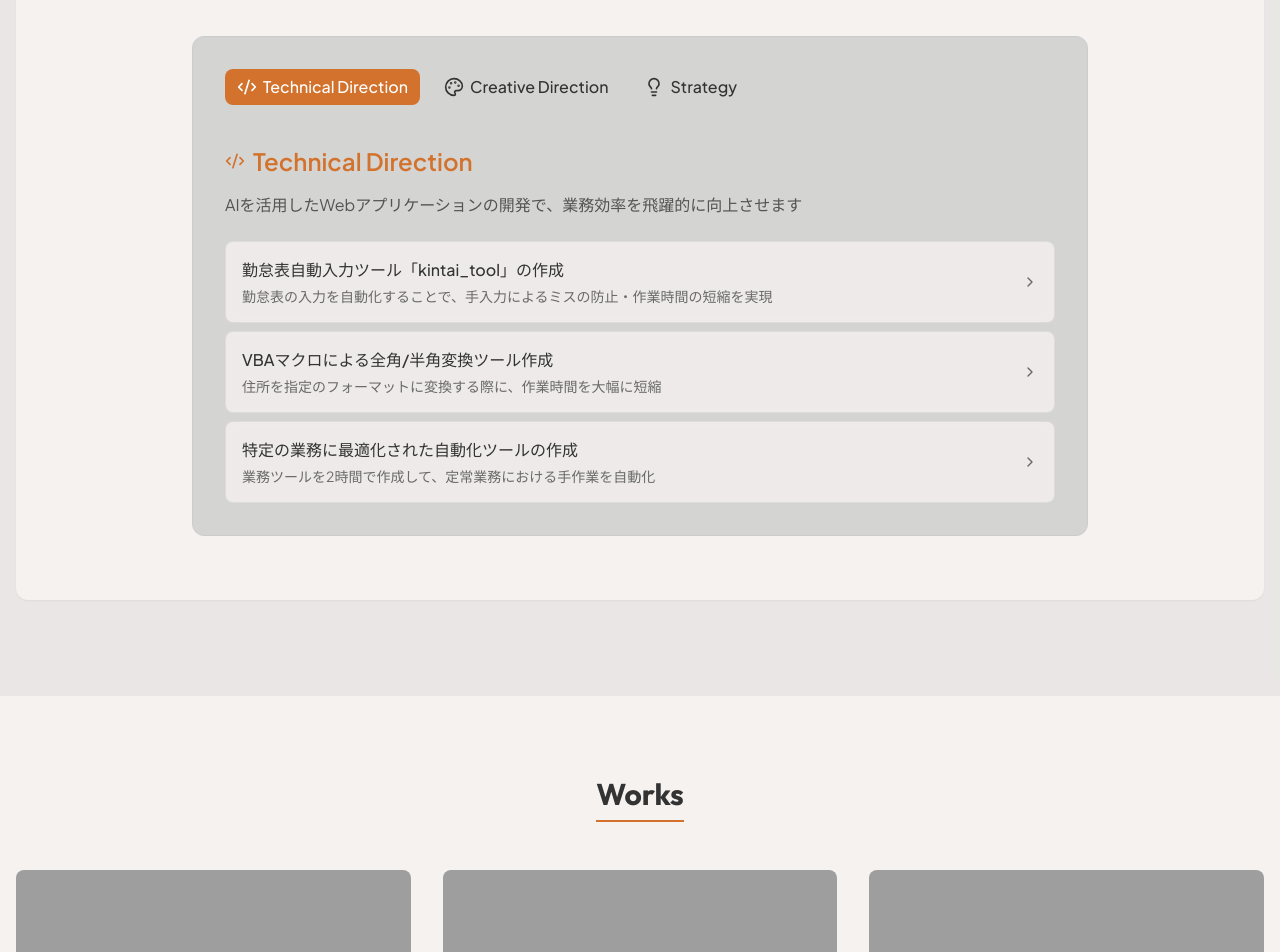
Repository: Tomo0108/portfolio_dot_tomo
Page: /
An editor plug-in stored every save of this project. The page is shown before and after the next save, followed by the edit.
The browser window is 1280 px wide. The pictures show the part of the page from y = 1354 to 2306 px (the page is 3996 px tall).
Pictures or frames that could not be fetched are drawn as grey boxes. The page's requests for data from a server got no answer. The project was rebuilt for these pictures with package versions that can differ from the ones it lists, and the page was loaded fresh each time. The framework's server and built-in components were replaced by stand-ins that run in the browser. No one was signed in, and anything a server would have sent is missing. Also part of the build but not shown: next.config.js, components/loading-spinner.tsx.

Above is the page before, as saved 2025-03-23 16:46:57.

### app/layout.tsx
import './globals.css';
import type { Metadata } from 'next';
import { Outfit, Plus_Jakarta_Sans } from 'next/font/google';
import { ThemeProvider } from '@/components/theme-provider';
import { Toaster } from '@/components/ui/sonner';
import { Navigation } from '@/components/navigation';
import { Footer } from '@/components/footer';
import { cn } from '@/lib/utils';

const outfit = Outfit({
  subsets: ['latin'],
  variable: '--font-outfit',
});

const plusJakartaSans = Plus_Jakarta_Sans({
  subsets: ['latin'],
  variable: '--font-plus-jakarta-sans',
});

export const metadata: Metadata = {
  title: 'Portfolio | Tomo',
  description: 'Welcome to my portfolio website.',
};

export default function RootLayout({
  children,
}: {
  children: React.ReactNode;
}) {
  return (
    <html lang="en" suppressHydrationWarning>
      <body className={cn(
        outfit.variable,
        plusJakartaSans.variable,
        'min-h-screen bg-background font-sans antialiased'
      )}>
        <ThemeProvider
          attribute="class"
          defaultTheme="system"
          enableSystem
          disableTransitionOnChange
        >
          <Navigation />
          {children}
          <Footer />
          <Toaster />
        </ThemeProvider>
      </body>
    </html>
  );
}

### app/page.tsx
import { Suspense } from 'react';
import { Hero } from '@/components/sections/hero';
import { About } from '@/components/sections/about';
import { Works } from '@/components/sections/works';
import { ZennArticlesLoader } from '@/components/sections/zenn-articles-loader';
import { Gallery } from '@/components/sections/gallery';
import { Contact } from '@/components/sections/contact';
import { LoadingSpinner } from '@/components/loading-spinner';

export default function Home() {
  return (
    <div className="w-full">
      <Hero />
      <About />
      <Suspense fallback={<LoadingSpinner />}>
        <Works />
      </Suspense>
      <Suspense fallback={<LoadingSpinner />}>
        <ZennArticlesLoader />
      </Suspense>
      <Suspense fallback={<LoadingSpinner />}>
        <Gallery />
      </Suspense>
      <Contact />
    </div>
  );
}

### components/ui/sonner.tsx
'use client';

import { useTheme } from 'next-themes';
import { Toaster as Sonner } from 'sonner';

type ToasterProps = React.ComponentProps<typeof Sonner>;

const Toaster = ({ ...props }: ToasterProps) => {
  const { theme = 'system' } = useTheme();

  return (
    <Sonner
      theme={theme as ToasterProps['theme']}
      className="toaster group"
      toastOptions={{
        classNames: {
          toast:
            'group toast group-[.toaster]:bg-background group-[.toaster]:text-foreground group-[.toaster]:border-border group-[.toaster]:shadow-lg',
          description: 'group-[.toast]:text-muted-foreground',
          actionButton:
            'group-[.toast]:bg-primary group-[.toast]:text-primary-foreground',
          cancelButton:
            'group-[.toast]:bg-muted group-[.toast]:text-muted-foreground',
        },
      }}
      {...props}
    />
  );
};

export { Toaster };

### components/sections/hero.tsx
"use client";

import { motion } from 'framer-motion';
import { RotatingNav } from '../rotating-nav';

export function Hero() {
  return (
    <section className="section-hero min-h-screen flex items-center justify-center relative bg-background/80 overflow-hidden">
      <div className="relative w-[90vh] h-[90vh] max-w-[90vw] max-h-[90vw] mx-auto backdrop-blur-sm">
        <div className="absolute inset-0 flex items-center justify-center">
          <motion.div
            className="text-center space-y-8 hero-text transition-opacity duration-300 [.nav-paused_&]:opacity-50 relative z-20"
            initial={{ opacity: 0, scale: 0.9 }}
            animate={{ opacity: 1, scale: 1 }}
            transition={{ duration: 0.5 }}
          >
            <h1 className="heading-hero text-5xl md:text-6xl lg:text-7xl font-bold leading-tight">
              <span className="text-primary">Portfolio.ToMo</span>
            </h1>
          </motion.div>
        </div>
        <RotatingNav />
      </div>
    </section>
  );
}

### components/sections/works.tsx
"use client";

import { motion } from 'framer-motion';
import Image from 'next/image';
import { ExternalLink } from 'lucide-react';

const works = [
  {
    title: "ECサイトのリデザイン",
    description: "大手ECプラットフォームの全面的なリデザインを主導し、コンバージョン率を40%改善",
    image: "https://images.unsplash.com/photo-1661956602116-aa6865609028?w=800&q=80",
    link: "#"
  },
  {
    title: "コーポレートサイト開発",
    description: "ユーザー体験を重視したレスポンシブ対応のコーポレートサイトの開発を指揮",
    image: "https://images.unsplash.com/photo-1460925895917-afdab827c52f?w=800&q=80",
    link: "#"
  },
  {
    title: "モバイルアプリのUI/UXデザイン",
    description: "人気モバイルアプリケーションのユーザーインターフェースとエクスペリエンスデザインを担当",
    image: "https://images.unsplash.com/photo-1512941937669-90a1b58e7e9c?w=800&q=80",
    link: "#"
  }
];

export function Works() {
  return (
    <section id="works" className="section-works py-20">
      <div className="container mx-auto px-4">
        <motion.div
          initial={{ opacity: 0, y: 20 }}
          whileInView={{ opacity: 1, y: 0 }}
          viewport={{ once: true }}
          transition={{ duration: 0.8 }}
        >
          <h2 className="text-3xl font-bold font-heading text-center mb-12">
            <span className="inline-block border-b-2 border-primary pb-2">Works</span>
          </h2>
          <div className="grid md:grid-cols-2 lg:grid-cols-3 gap-8">
            {works.map((work, index) => (
              <motion.div
                key={work.title}
                className="group relative overflow-hidden rounded-lg"
                initial={{ opacity: 0, y: 20 }}
                whileInView={{ opacity: 1, y: 0 }}
                viewport={{ once: true }}
                transition={{ duration: 0.8, delay: index * 0.2 }}
              >
                <div className="relative aspect-video">
                  <Image
                    src={work.image}
                    alt={work.title}
                    fill
                    className="object-cover transition-transform group-hover:scale-105"
                  />
                </div>
                <div className="absolute inset-0 bg-black/60 opacity-0 group-hover:opacity-100 transition-opacity p-6 flex flex-col justify-end">
                  <h3 className="text-white text-xl font-semibold mb-2">{work.title}</h3>
                  <p className="text-white/80 text-sm mb-4">{work.description}</p>
                  <a
                    href={work.link}
                    className="inline-flex items-center text-white hover:text-white/80"
                    target="_blank"
                    rel="noopener noreferrer"
                  >
                    View Project <ExternalLink className="ml-2 h-4 w-4" />
                  </a>
                </div>
              </motion.div>
            ))}
          </div>
        </motion.div>
      </div>
    </section>
  );
}

### components/sections/zenn-articles-loader.tsx
import { fetchZennArticles } from '@/lib/zenn';
import { ZennArticles } from './zenn-articles';

export async function ZennArticlesLoader() {
  try {
    const articles = await fetchZennArticles('tomo0108');
    return <ZennArticles articles={articles} />;
  } catch (error) {
    console.error('Failed to load Zenn articles:', error);
    return <ZennArticles articles={[]} />;
  }
}

### components/sections/contact.tsx
"use client";

import { motion } from 'framer-motion';
import { Mail, MessageSquare, Send } from 'lucide-react';
import { Button } from '@/components/ui/button';
import { Input } from '@/components/ui/input';
import { Textarea } from '@/components/ui/textarea';
import { toast } from 'sonner';

export function Contact() {
  const handleSubmit = (e: React.FormEvent) => {
    e.preventDefault();
    toast.success('メッセージを送信しました！');
  };

  return (
    <section id="contact" className="py-20 bg-muted/50">
      <div className="container mx-auto px-4">
        <motion.div
          initial={{ opacity: 0, y: 20 }}
          whileInView={{ opacity: 1, y: 0 }}
          viewport={{ once: true }}
          transition={{ duration: 0.8 }}
          className="max-w-2xl mx-auto"
        >
          <h2 className="text-3xl font-bold text-center mb-12">Contact</h2>
          <form onSubmit={handleSubmit} className="space-y-6">
            <div>
              <label htmlFor="email" className="block text-sm font-medium mb-2">
                メールアドレス
              </label>
              <div className="relative">
                <Mail className="absolute left-3 top-3 h-5 w-5 text-muted-foreground" />
                <Input
                  id="email"
                  type="email"
                  placeholder="your@email.com"
                  className="pl-10"
                  required
                />
              </div>
            </div>
            <div>
              <label htmlFor="message" className="block text-sm font-medium mb-2">
                メッセージ
              </label>
              <div className="relative">
                <MessageSquare className="absolute left-3 top-3 h-5 w-5 text-muted-foreground" />
                <Textarea
                  id="message"
                  placeholder="メッセージを入力してください..."
                  className="pl-10 min-h-[150px]"
                  required
                />
              </div>
            </div>
            <Button type="submit" className="w-full">
              メッセージを送信
              <Send className="ml-2 h-4 w-4" />
            </Button>
          </form>
        </motion.div>
      </div>
    </section>
  );
}

### components/mode-toggle.tsx
"use client";

import * as React from "react";
import { Moon, Sun } from "lucide-react";
import { useTheme } from "next-themes";
import { Button } from "@/components/ui/button";

export function ModeToggle() {
  const { setTheme, theme } = useTheme();

  return (
    <Button
      variant="ghost"
      size="icon"
      onClick={() => setTheme(theme === "light" ? "dark" : "light")}
    >
      <Sun className="h-[1.2rem] w-[1.2rem] rotate-0 scale-100 transition-all dark:-rotate-90 dark:scale-0" />
      <Moon className="absolute h-[1.2rem] w-[1.2rem] rotate-90 scale-0 transition-all dark:rotate-0 dark:scale-100" />
      <span className="sr-only">Toggle theme</span>
    </Button>
  );
}

### lib/zenn.ts
interface ZennArticle {
  id: number;
  title: string;
  slug: string;
  published_at: string;
  liked_count: number;
  article_type: string;
  emoji: string;
  path: string;
}

interface ZennResponse {
  articles: ZennArticle[];
}

export async function fetchZennArticles(username: string) {
  const response = await fetch(`https://zenn.dev/api/articles?username=${username}`, {
    headers: {
      'Content-Type': 'application/json',
    },
    next: { revalidate: 3600 }, // 1時間ごとに再検証
  });

  if (!response.ok) {
    throw new Error('Failed to fetch Zenn articles');
  }

  const data: ZennResponse = await response.json();
  return data.articles.map(article => ({
    id: article.id,
    title: article.title,
    url: `https://zenn.dev${article.path}`,
    date: new Date(article.published_at).toISOString(),
    likes: article.liked_count,
    emoji: article.emoji,
  }));
}

### data/gallery.ts
export interface GalleryItem {
  id: string;
  title: string;
  description: string;
  image: string;
  details: {
    fullDescription: string;
    technologies: string[];
    images: {
      line: string;
      color: string;
      complete: string;
    };
  };
}

export const galleryItems: { [key: string]: GalleryItem } = {
  "1": {
    id: "1",
    title: "Nahida",
    description: "原神のキャラクター、ナヒーダのイラスト作品",
    image: "/gallery/genshin_nahida1.JPG",
    details: {
      fullDescription: "草神ナヒーダの優しさと知性を表現したイラスト作品です。",
      technologies: ["Procreate", "Digital Painting"],
      images: {
        line: "/gallery/genshin_nahida1_line.JPG",
        color: "/gallery/genshin_nahida1_color.JPG",
        complete: "/gallery/genshin_nahida1.JPG"
      }
    }
  },
  "2": {
    id: "2",
    title: "Nahida II",
    description: "原神のキャラクター、ナヒーダの第二イラスト作品",
    image: "/gallery/genshin_nahida2.JPG",
    details: {
      fullDescription: "草神ナヒーダの別の表情を描いた作品です。",
      technologies: ["Procreate", "Digital Painting"],
      images: {
        line: "/gallery/genshin_nahida2_line.JPG",
        color: "/gallery/genshin_nahida2_color.JPG",
        complete: "/gallery/genshin_nahida2.JPG"
      }
    }
  },
  "3": {
    id: "3",
    title: "Killua",
    description: "HUNTER×HUNTERのキャラクター、キルアのイラスト作品",
    image: "/gallery/hunterxhunter_kirua.JPG",
    details: {
      fullDescription: "キルアの少年らしい表情と強さを表現した作品です。",
      technologies: ["Procreate", "Digital Painting"],
      images: {
        line: "/gallery/hunterxhunter_kirua_line.JPG",
        color: "/gallery/hunterxhunter_kirua_color.JPG",
        complete: "/gallery/hunterxhunter_kirua.JPG"
      }
    }
  },
  "4": {
    id: "4",
    title: "Pokemon New Year [Dragon]",
    description: "ポケモンたちとのお正月をテーマにしたイラスト作品",
    image: "/gallery/pokemon_newyear.JPG",
    details: {
      fullDescription: "ポケモンたちと日本の伝統的なお正月を楽しむ様子を描いた作品です。",
      technologies: ["Procreate", "Digital Painting"],
      images: {
        line: "/gallery/pokemon_newyear_line.JPG",
        color: "/gallery/pokemon_newyear_color.JPG",
        complete: "/gallery/pokemon_newyear.JPG"
      }
    }
  },
  "5": {
    id: "5",
    title: "Pokemon Christmas",
    description: "ポケモンたちとのクリスマスをテーマにしたイラスト作品",
    image: "/gallery/pokemon-christmas.JPG",
    details: {
      fullDescription: "ポケモンたちとクリスマスを楽しむ様子を描いた作品です。",
      technologies: ["Procreate", "Digital Painting"],
      images: {
        line: "/gallery/pokemon-christmas_color_line.JPG",
        color: "/gallery/pokemon-christmas_color.JPG",
        complete: "/gallery/pokemon-christmas.JPG"
      }
    }
  }
};

### components/ui/button.tsx
import * as React from 'react';
import { Slot } from '@radix-ui/react-slot';
import { cva, type VariantProps } from 'class-variance-authority';

import { cn } from '@/lib/utils';

const buttonVariants = cva(
  'inline-flex items-center justify-center whitespace-nowrap rounded-md text-sm font-medium ring-offset-background transition-colors focus-visible:outline-none focus-visible:ring-2 focus-visible:ring-ring focus-visible:ring-offset-2 disabled:pointer-events-none disabled:opacity-50',
  {
    variants: {
      variant: {
        default: 'bg-primary text-primary-foreground hover:bg-primary/90',
        destructive:
          'bg-destructive text-destructive-foreground hover:bg-destructive/90',
        outline:
          'border border-input bg-background hover:bg-accent hover:text-accent-foreground',
        secondary:
          'bg-secondary text-secondary-foreground hover:bg-secondary/80',
        ghost: 'hover:bg-accent hover:text-accent-foreground',
        link: 'text-primary underline-offset-4 hover:underline',
      },
      size: {
        default: 'h-10 px-4 py-2',
        sm: 'h-9 rounded-md px-3',
        lg: 'h-11 rounded-md px-8',
        icon: 'h-10 w-10',
      },
    },
    defaultVariants: {
      variant: 'default',
      size: 'default',
    },
  }
);

export interface ButtonProps
  extends React.ButtonHTMLAttributes<HTMLButtonElement>,
    VariantProps<typeof buttonVariants> {
  asChild?: boolean;
}

const Button = React.forwardRef<HTMLButtonElement, ButtonProps>(
  ({ className, variant, size, asChild = false, ...props }, ref) => {
    const Comp = asChild ? Slot : 'button';
    return (
      <Comp
        className={cn(buttonVariants({ variant, size, className }))}
        ref={ref}
        {...props}
      />
    );
  }
);
Button.displayName = 'Button';

export { Button, buttonVariants };

### components/ui/input.tsx
import * as React from 'react';

import { cn } from '@/lib/utils';

export interface InputProps
  extends React.InputHTMLAttributes<HTMLInputElement> {}

const Input = React.forwardRef<HTMLInputElement, InputProps>(
  ({ className, type, ...props }, ref) => {
    return (
      <input
        type={type}
        className={cn(
          'flex h-10 w-full rounded-md border border-input bg-background px-3 py-2 text-sm ring-offset-background file:border-0 file:bg-transparent file:text-sm file:font-medium file:text-foreground placeholder:text-muted-foreground focus-visible:outline-none focus-visible:ring-2 focus-visible:ring-ring focus-visible:ring-offset-2 disabled:cursor-not-allowed disabled:opacity-50',
          className
        )}
        ref={ref}
        {...props}
      />
    );
  }
);
Input.displayName = 'Input';

export { Input };

### components/ui/textarea.tsx
import * as React from 'react';

import { cn } from '@/lib/utils';

export interface TextareaProps
  extends React.TextareaHTMLAttributes<HTMLTextAreaElement> {}

const Textarea = React.forwardRef<HTMLTextAreaElement, TextareaProps>(
  ({ className, ...props }, ref) => {
    return (
      <textarea
        className={cn(
          'flex min-h-[80px] w-full rounded-md border border-input bg-background px-3 py-2 text-sm ring-offset-background placeholder:text-muted-foreground focus-visible:outline-none focus-visible:ring-2 focus-visible:ring-ring focus-visible:ring-offset-2 disabled:cursor-not-allowed disabled:opacity-50',
          className
        )}
        ref={ref}
        {...props}
      />
    );
  }
);
Textarea.displayName = 'Textarea';

export { Textarea };

### data/skills.ts
import { Code2, Palette, Lightbulb } from 'lucide-react';
import type { LucideIcon } from 'lucide-react';

export interface Example {
  id: string;
  title: string;
  description: string;
  longDescription: string;
}

export interface Skill {
  Icon: LucideIcon;
  title: string;
  description: string;
  examples: Example[];
}

export const skills: Skill[] = [
  {
    Icon: Code2,
    title: "Technical Direction",
    description: "AIを活用したWebアプリケーションの開発で、業務効率を飛躍的に向上させます",
    examples: [
      {
        id: "tech-1",
        title: "勤怠表自動入力ツール「kintai_tool」の作成",
        description: "勤怠表の入力を自動化することで、手入力によるミスの防止・作業時間の短縮を実現",
        longDescription: "Excelマクロを使用して勤怠表の自動入力を実現。日々の勤務時間を記録したCSVファイルから、会社指定のフォーマットに沿って勤怠表を自動生成します。手入力による転記ミスを防ぎ、月末の勤怠表作成時間を90%削減しました。また、プロジェクトごとの工数集計機能も実装し、業務効率の可視化にも貢献しています。"
      },
      {
        id: "tech-2",
        title: "VBAマクロによる全角/半角変換ツール作成",
        description: "住所を指定のフォーマットに変換する際に、作業時間を大幅に短縮",
        longDescription: "住所データの全角/半角変換を自動化することで、大量のデータ処理を効率化し、作業時間を大幅に削減しました。"
      },
      {
        id: "tech-3",
        title: "特定の業務に最適化された自動化ツールの作成",
        description: "業務ツールを2時間で作成して、定常業務における手作業を自動化",
        longDescription: "詳細な技術仕様や成果についての詳細な説明をここに記載します。"
      }
    ]
  },
  {
    Icon: Palette,
    title: "Creative Direction",
    description: "デザインの提案と実装をリードし、ユーザー体験を向上させます",
    examples: [
      {
        id: "creative-1",
        title: "UXリデザインプロジェクト",
        description: "ユーザビリティテストに基づくUI改善で、コンバージョン率が25%向上",
        longDescription: "詳細な技術仕様や成果についての詳細な説明をここに記載します。"
      },
      {
        id: "creative-2",
        title: "デザインシステムの構築",
        description: "コンポーネントライブラリとガイドラインの整備で開発効率が30%改善",
        longDescription: "詳細な技術仕様や成果についての詳細な説明をここに記載します。"
      },
      {
        id: "creative-3",
        title: "ブランドアイデンティティ刷新",
        description: "一貫性のあるビジュアル表現の確立でブランド認知度が向上",
        longDescription: "詳細な技術仕様や成果についての詳細な説明をここに記載します。"
      }
    ]
  },
  {
    Icon: Lightbulb,
    title: "Strategy",
    description: "作業者の生産性向上のための戦略立案と実行をリードします",
    examples: [
      {
        id: "strategy-1",
        title: "DXコンサルティング",
        description: "業務プロセスのデジタル化で、生産性が40%向上",
        longDescription: "詳細な技術仕様や成果についての詳細な説明をここに記載します。"
      },
      {
        id: "strategy-2",
        title: "データ分析基盤の構築",
        description: "KPIモニタリングシステムの導入で、意思決定の迅速化を実現",
        longDescription: "詳細な技術仕様や成果についての詳細な説明をここに記載します。"
      },
      {
        id: "strategy-3",
        title: "プロジェクト管理改善",
        description: "アジャイル手法の導入で、開発サイクルを50%短縮",
        longDescription: "詳細な技術仕様や成果についての詳細な説明をここに記載します。"
      }
    ]
  }
];

Loaded but not shown: components/theme-provider.tsx (common file); lib/utils.ts (common file); components/sections/about.tsx (100 lines, source omitted); components/sections/gallery.tsx (142 lines, source omitted); components/rotating-nav.tsx (144 lines, source omitted); components/sections/zenn-articles.tsx (114 lines, source omitted); components/navigation.tsx (125 lines, source omitted); app/globals.css (183 lines, source omitted); components/skills-container.tsx (83 lines, source omitted); components/footer.tsx (52 lines, source omitted); tailwind.config.ts (97 lines, source omitted)

After the next save:
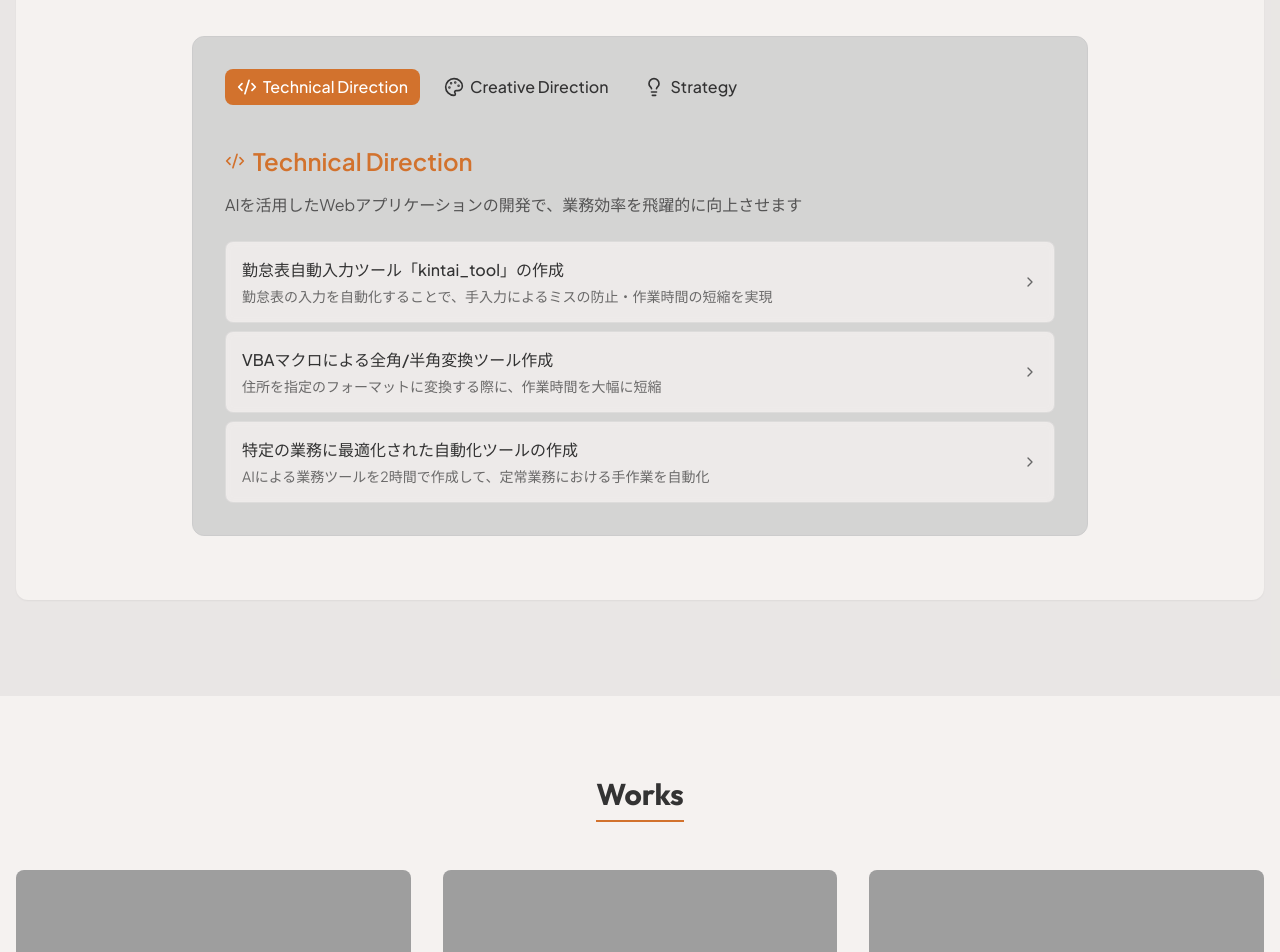
Saved 21 s later.
--- a/data/skills.ts
+++ b/data/skills.ts
@@ -36,7 +36,7 @@ export const skills: Skill[] = [
       {
         id: "tech-3",
         title: "特定の業務に最適化された自動化ツールの作成",
-        description: "業務ツールを2時間で作成して、定常業務における手作業を自動化",
+        description: "AIによる業務ツールを2時間で作成して、定常業務における手作業を自動化",
         longDescription: "詳細な技術仕様や成果についての詳細な説明をここに記載します。"
       }
     ]
